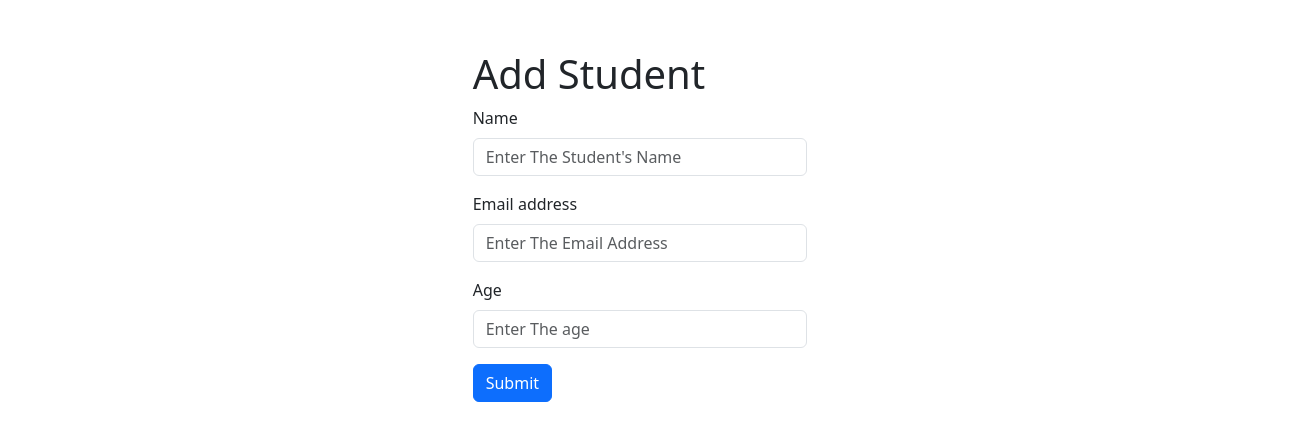
Repository: Manojs14/StudentManagementSystem
Page: http://localhost/Crud_form/
The author's editor kept a copy of each file at every save. The page is drawn from the files as they stood at one save, then again after the next save.
The browser window is 1280 px wide. The page is 1292 px wide, so the pictures cover 1292 px, including what lies to the right of the window. The pictures show the whole page.
The page is served by Tomcat 9. Nobody is signed in. The application's start-up code is not run.

Above is the page before, as saved 2024-07-11 03:13:11.

After the next save:
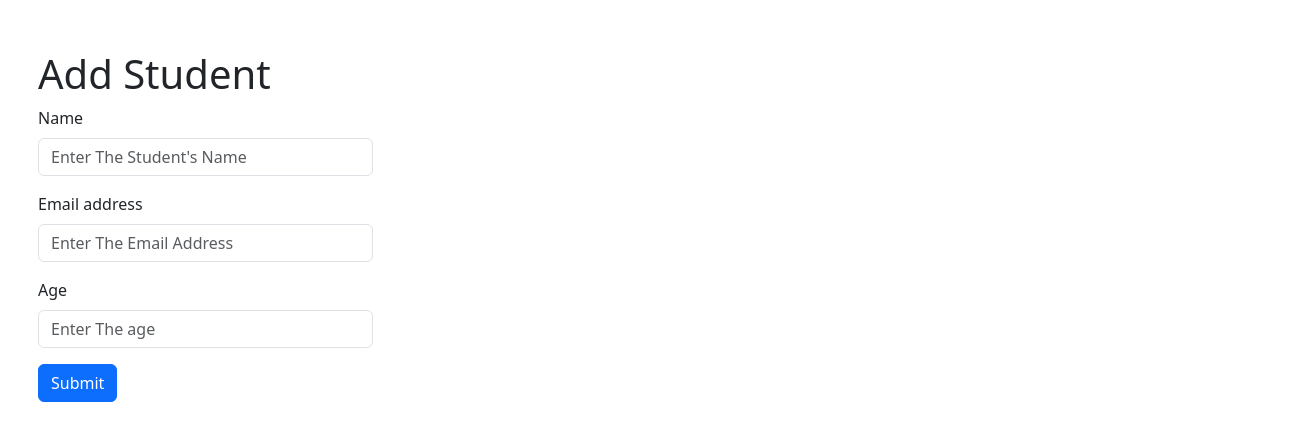
Saved 3 min 0 s later.
--- a/Crud_form/src/main/webapp/index.jsp
+++ b/Crud_form/src/main/webapp/index.jsp
@@ -10,8 +10,6 @@
 <body>
 
  <div class="row">
-    <div class="col-4">
-    </div>
     <div class="col-4" style="padding:50px">
         <h1 style="">Add Student</h1>
      <form action="signuphandler.jsp" method="post">
